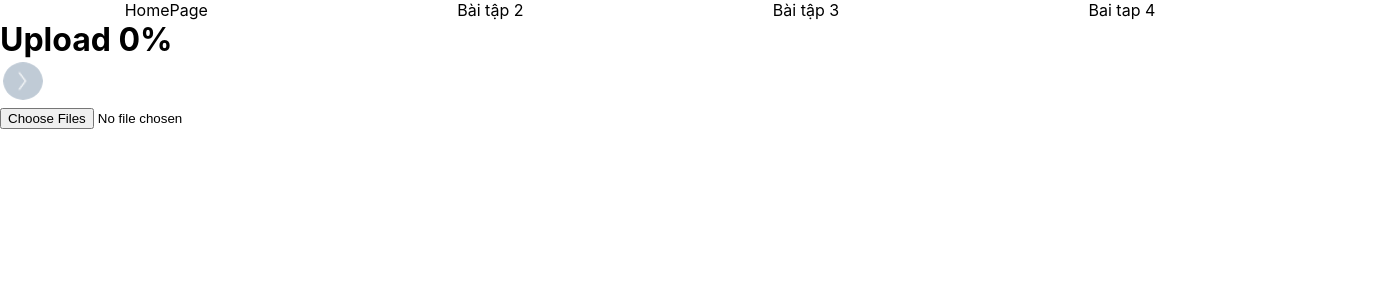
Repository: tungdau93/Training-ReactJS
Page: /bai-tap-3
The author's editor kept a copy of each file at every save. The page is drawn from the files as they stood at one save, then again after the next save.
The browser window is 1280 px wide. The page is 1379 px wide, so the pictures cover 1379 px, including what lies to the right of the window. The pictures show the whole page.
The project was rebuilt for these pictures with package versions that can differ from the ones it lists, and the page was loaded fresh each time. Also part of the build but not shown: src/App.css, src/hooks/useClickOutside.js, src/Assignments/BaiTap2.jsx, src/Components/IconFile.jsx, src/Components/FileUpload.jsx, src/Assignments/HomePage.jsx.

Above is the page before, as saved 2022-10-03 10:30:47.

### src/App.js
import { BrowserRouter, Route, Routes } from "react-router-dom";
import "./App.css";
import BaiTap2 from "./Assignments/BaiTap2";
import BaiTap3 from "./Assignments/BaiTap3";
import HomePage from "./Assignments/HomePage";
import Menu from "./Assignments/Menu";

function App() {
  return (
    <BrowserRouter>
      <Menu />
      <Routes>
        <Route path="/" element={<HomePage />} />
        <Route path="/bai-tap-2" element={<BaiTap2 />} />
        <Route path="/bai-tap-3" element={<BaiTap3 />} />
      </Routes>
    </BrowserRouter>
  );
}

export default App;

### src/Assignments/BaiTap3.jsx
import React from "react";
import "../style/_bai-tap-3.scss";
import { ref, uploadBytesResumable } from "@firebase/storage";
import { storage } from "../firebase";
import { useState, useRef } from "react";
import IconFile from "../Components/IconFile";
import FileUpload from "../Components/FileUpload";

const BaiTap3 = () => {
  const listUploadedRef = useRef();
  const fileUploadedRef = useRef();

  const [files, setFiles] = useState([]);
  const [progress, setProgress] = useState(0);
  const [isSizeValid, setIsSizeValid] = useState(true);
  const [isActive, setIsActive] = useState(true);
  const [isValidNumberOfFiles, setValidNumberOfFiles] = useState(false);

  const RemoveAddFile = [];

  const handleSlide = () => {
    const listUploadedOffsetWidth = listUploadedRef.current?.offsetWidth;
    const listUploadedClientWidth = listUploadedRef.current?.clientWidth;
    const fileUploadedWidth = fileUploadedRef.current?.offsetWidth;
    const removeSpace = listUploadedOffsetWidth - listUploadedClientWidth;
    console.log(removeSpace);

    if (listUploadedRef.current && fileUploadedRef.current) {
      listUploadedRef.current.scrollTo({
        left: fileUploadedWidth,
        behavior: "smooth",
      });
    }
  };
  const handleAddFiles = (event) => {
    setValidNumberOfFiles(false);
    const file = event.target.files[0];

    event.preventDefault();
    const fileArray = event.target.files;
    for (var j = 0; j < fileArray.length; j++) {
      if (fileArray[j].size > 10485760) {
        setIsSizeValid(false);
        setIsActive(false);
        return;
      }
    }
    setIsActive(true);
    setIsSizeValid(true);

    const newFiles = [...files];
    for (let k = 0; k < fileArray.length; k++) {
      newFiles.push(fileArray[k]);
    }
    setFiles(newFiles);
  };

  const uploadFiles = (file) => {
    if (!file) return;
    const storageRef = ref(storage, `/files/${file.name}`);
    const uploadTask = uploadBytesResumable(storageRef, file);
    uploadTask.on(
      "state_changed",
      (snapshot) => {
        const prog = Math.round(
          (snapshot.bytesTransferred / snapshot.totalBytes) * 100
        );
        setProgress(prog);
      },
      (err) => console.log(err)
    );
  };

  const handleUpload = (event) => {
    event.preventDefault();

    const newFilesUpload = [...files];
    if (files.length > 0 && files.length <= 4) {
      for (let i = 0; i < newFilesUpload.length; i++) {
        uploadFiles(newFilesUpload[i]);
        console.log(newFilesUpload[i]);
        setFiles(RemoveAddFile);
      }
    } else {
      setValidNumberOfFiles(true);
      setFiles(RemoveAddFile);
      setIsActive(false);
    }
  };

  const handleClose = (index) => {
    const fileSelected = files.filter((file) => file.index === index);
    // console.log(newFiles);
    const newFiles = [...files];
    newFiles.pop(fileSelected);
    setFiles([...newFiles]);
  };

  return (
    <>
      <h1>Upload {progress}%</h1>
      <img
        onClick={handleSlide}
        src={require("../assets/images/submit-icon.png")}
        alt=""
        className="slide-icon"
      />

      <div className="drag-drop-files">
        <div className="">
          <span></span>
          <span></span>
          <span></span>
        </div>
        <input
          id="name"
          type="file"
          className="input"
          onChange={handleAddFiles}
          multiple
        />
        {/* <form onSubmit={(event) => handleUpload(event)}>
          <label htmlFor="name" className="drag-and-drop-img">
            <img alt="" src={require("../assets/images/upload-icon.png")} />
          </label>
          <label htmlFor="name" className="drag-and-drop-heading">
            Drag and drop files
          </label>
          <label htmlFor="name" className="drag-and-drop-heading--sub-heading">
            Browse Files
          </label>
          <input
            id="name"
            type="file"
            className="input"
            onChange={handleAddFiles}
            multiple
          />
          <button type="submit" className="submit">
            Upload
          </button>
        </form> */}
      </div>

      {isSizeValid ? (
        <div ref={listUploadedRef} className="show-data--hidden">
          {files &&
            files.map((file, index) => {
              // console.log(file.type);
              return (
                <FileUpload
                  handleClose={() => handleClose(index)}
                  key={index}
                  ref={fileUploadedRef}
                  fileType={file.type}
                  fileName={file.name}
                  fileSize={file.size}
                />
              );
            })}
        </div>
      ) : (
        <span className="maximum-files-size">
          The maximum file size is 10MB
        </span>
      )}

      {isValidNumberOfFiles ? (
        <span className="maximum-files-length">
          Maximum length of files is 4
        </span>
      ) : null}
    </>
  );
};

export default BaiTap3;

### src/Assignments/Menu.jsx
  import React from "react";
import { useNavigate } from "react-router-dom";

const styleHomePage={
        display:'flex',
        justifyContent: 'center',
}

const styleUl = {
    display: 'flex',
    justifyContent: 'space-around',
    // ListStyle:"none"
}
const handleMouseOver =(e)=>{
    e.target.style.color = '#DC143C'
}
const handleMouseOut =(e)=>{
    e.target.style.color = '#000'
}

const Menu = () => {
  const navigate = useNavigate();

  const redirectPage = (url) => {
    navigate(url);
  };

  return (
    <div>
      <ul style={styleUl}>
        <li style={{listStyleType:'none'}} onMouseOver={handleMouseOver} onMouseOut={handleMouseOut} onClick={() => redirectPage("/")}>
          <div style={styleHomePage}>HomePage</div>
        </li>
        <li style={{listStyleType:'none'}}  onMouseOver={handleMouseOver} onMouseOut={handleMouseOut} onClick={() => redirectPage("/bai-tap-2")}>
          <div >Bài tập 2</div>
        </li>
        <li style={{listStyleType:'none'}} onMouseOver={handleMouseOver} onMouseOut={handleMouseOut} onClick={() => redirectPage("/bai-tap-3")}>
          <div >Bài tập 3</div>
        </li>
        <li style={{listStyleType:'none'}} onMouseOver={handleMouseOver} onMouseOut={handleMouseOut} onClick={() => redirectPage("/bai-tap-4")}>
          <div >Bai tap 4

          </div>
        </li>
      </ul>
    </div>
  );
};

export default Menu;

### src/style/_bai-tap-2.scss
*{
    padding: 0;
    margin:0;
}
.app {
    background-color:#1E1E1E;
    #title {
        top:-976px;
        left:-1124px;
        color:#a0a0a0;
        width: 2227px;
        height:1933px;
        &:hover{
            color:#99CCFF;
            opacity:.6;
    }
    }
    .app__container{
        width: 2227px; ;
        height: 1933px;
        background-color:#F8F8F8;
        position:relative;
        .app__container--heading{
            display: flex;
            flex-direction: row;
            align-items: center;
            padding: 50px 99px 50px 56px;
            gap: 10px;
            display:block;

            position: absolute;
            width: 2227px;
            height: 140px;
            left: 0px;
            top: 0px;
            background-color:#333333;
            .app__container--heading-name{
                display: flex;
                flex-direction: row;
                align-items: center;
                padding: 0px;
                gap: 30px;

                width: 323px;
                height: 56px;


                /* Inside auto layout */

                flex: none;
                order: 0;
                flex-grow: 0;
                .app__container--heading-name--japanese{
                    width: 144px;
                    height: 56px;

                    font-family: 'Roboto';
                    font-style: normal;
                    font-weight: 700;
                    font-size: 48px;
                    line-height: 56px;




                /* White */

                    color: #FFFFFF;


                /* Inside auto layout */

                    flex: none;
                    order: 0;
                    flex-grow: 0;

                }
                .app__container--heading-name--english{
                    width: 149px;
                height: 38px;

                font-family: 'Roboto';
                font-style: normal;
                font-weight: 400;
                font-size: 32px;
                line-height: 38px;
                /* identical to box height */


                /* White */

                color: #FFFFFF;


                /* Inside auto layout */

                flex: none;
                order: 1;
                flex-grow: 0;
                }
            }
        }
        .app__container--input-wrapper{
    position: relative;
    display: flex;
    flex-direction: column;
    align-items: flex-start;
    padding: 0px;

    position: absolute;
    width: 400px;
    height: 46px;
    left: 379px;
    top: 308px;
    .app__container--input-wrapper--input{
        box-sizing: border-box;

    /* Auto layout */


    display: flex;
    flex-direction: row;
    align-items: center;
    padding: 8px 10px;
    gap: 4px;

    width: 400px;
    height: 49px;

    background: rgba(230, 249, 255, 0.2);
    /* Black / 04 */

    border: 1px solid #DBDBDB;
    border-radius: 4px;

    /* Inside auto layout */

    flex: none;
    order: 0;
    align-self: stretch;
    flex-grow: 0;



            }

     .fa-thin{
    position: absolute;
            }
    .app__container--input-wrapper--dropdown-list{
display: flex;

display:none;
// flex-direction: column;
// align-items: flex-start;
position: absolute;
width: 400px;
height: 128px;
left: 0;
top: 49px;
// background-color: yellow;

filter: drop-shadow(0px 1px 8px rgba(102, 102, 102, 0.25));
border-radius: 4px;
        .app__container--input-wrapper--dropdown-list--item1{
            position: absolute;
            width: 100%;
            height: 49px;
            background: rgba(230, 249, 255, 0.2);
            border-radius: 4px;
            display:block

        }
        .app__container--input-wrapper--dropdown-list--item2{
            position: absolute;
            width: 100%;
            height: 49px;
            border-radius: 4px;
            background: rgba(230, 249, 255, 0.2);
            top: 49px;
            display:block


        }
        .app__container--input-wrapper--dropdown-list--item3{
            position: absolute;
            width: 100%;
            height: 49px;
            border-radius: 4px;
            background: rgba(230, 249, 255, 0.2);
            top:98px;
            display:block


        }

    }
}


    }
}

### src/style/_bai-tap-3.scss

  .slide-icon {
    top: 560px;
    left: 1398px;
    width: 40px;
    height: 38px;
    border-radius: 50%;
    border: solid #fff;
    &:hover {
      border: #107ce0 solid 3px;
    }
  }
  .drag-and-drop {
    display: flex;
    justify-content: center;
    width: 842px;
    height: 232px;
    left: 579px;
    // right: 79.24%;
    top: 249px;
    background: #f8f8f8;
    border: 1px solid #dcdcdc;
    border-radius: 7px;
    z-index: 1;
    .drag-and-drop-img {
      top: 45px;
      left: 381px;
      display: flex;
      position: absolute;
      min-width: 70px;
      min-height: 70px;

      justify-content: center;
      align-items: center;
    }
    .drag-and-drop-heading {
      top: 113px;
      left: 342px;
      display: flex;
      position: absolute;
      min-width: 100px;
      align-items: center;
      justify-content: center;
      font-family: "Noto Sans";
      font-style: normal;
      font-weight: 700;
      font-size: 18px;
      line-height: 22px;
      color: #333333;
    }
    .drag-and-drop-heading--sub-heading {
      top: 137px;
      left: 373px;
      position: absolute;
      min-width: 50px;
      align-items: center;
      justify-content: center;
      font-family: "Noto Sans";
      font-style: normal;
      font-size: 18px;
      line-height: 22px;
      color: #333333;
      text-decoration: underline;
    }
    &:hover {
      border: 1px solid #107ce0;
    }
    .input {
      width: 842px;
      height: 232px;
      position: absolute;
      // right: 79.24%;
      background: #f8f8f8;
      // border: 1px solid #dcdcdc;
      border-radius: 7px;
      z-index: -1;
      color: transparent;

      &::-webkit-file-upload-button {
        display: none;
      }
    }
    .submit {
      position: absolute;
      top: 360px;
      left: 359px;
      width: 113px;
      height: 43px;
      border-radius: 3px;
      z-index: -1;
      border: none;
      &:hover {
        border: 1px solid #107ce0;
      }
    }
    .submit-img {
      position: absolute;
      top: 261px;
      left: 825px;
      width: 32px;
      height: 32px;
      border-radius: 50%;
      z-index: 1;
    }
    .drag-and-drop--upload-icon {
      position: absolute;
      height: 18.67px;
      width: 26.67px;
      top: 64px;
      left: 397.67px;
      right: 417.67px;
      z-index: 1;
    }

  }

  .drag-and-drop--alert {
    width: 842px;
    height: 232px;
    position: relative;
    left: 579px;
    // right: 79.24%;
    top: 249px;
    background: #f8f8f8;
    border: 1px solid  #ED5D5D;
    border-radius: 7px;
    z-index: 1;
    .drag-and-drop-img {
      top: 45px;
      left: 381px;
      display: flex;
      position: absolute;
      min-width: 70px;
      min-height: 70px;

      justify-content: center;
      align-items: center;
    }
    .drag-and-drop-heading {
      top: 113px;
      left: 342px;
      display: flex;
      position: absolute;
      min-width: 100px;
      align-items: center;
      justify-content: center;
      font-family: "Noto Sans";
      font-style: normal;
      font-weight: 700;
      font-size: 18px;
      line-height: 22px;
      color: #333333;
    }
    .drag-and-drop-heading--sub-heading {
      top: 137px;
      left: 373px;
      position: absolute;
      min-width: 50px;
      align-items: center;
      justify-content: center;
      font-family: "Noto Sans";
      font-style: normal;
      font-size: 18px;
      line-height: 22px;
      color: #333333;
      text-decoration: underline;
    }
    &:hover {
      border: 1px solid #107ce0;
    }
    .input {
      width: 842px;
      height: 232px;
      position: absolute;
      // right: 79.24%;
      background: #f8f8f8;
      // border: 1px solid #dcdcdc;
      border-radius: 7px;
      z-index: -1;
      color: transparent;

      &::-webkit-file-upload-button {
        display: none;
      }
    }
    .submit {
      position: absolute;
      top: 360px;
      left: 359px;
      width: 113px;
      height: 43px;
      border-radius: 3px;
      z-index: -1;
      border: none;
      &:hover {
        border: 1px solid #107ce0;
      }
    }
    .submit-img {
      position: absolute;
      top: 261px;
      left: 825px;
      width: 32px;
      height: 32px;
      border-radius: 50%;
      z-index: 1;
    }
    .drag-and-drop--upload-icon {
      position: absolute;
      height: 18.67px;
      width: 26.67px;
      top: 64px;
      left: 397.67px;
      right: 417.67px;
      z-index: 1;
    }


  }

  .invalid {
    position: absolute;
    top: 93px;
    left: 32px;
    width: 24px;
    height: 32px;
    background-color: rgba(255, 0, 0, 0.5);
    border: solid 0.5px rgb(153, 167, 181);
    border-radius: 3px;
  }

.maximum-files-length{
    color: #ED5D5D;
    top: 169px;
    position: relative;
    left: 581px;
}

.maximum-files-size{
  color: #ED5D5D;
  top: 278px;
  position: relative;
  left: 581px;
}

### src/firebase.js
import { initializeApp } from "firebase/app";
import { getStorage } from "firebase/storage";

const firebaseConfig = {
    apiKey: "AIzaSyBDyCwxOmrur5hog0XVVwqIkyzdGhH8h4w",
    authDomain: "fir-upload-d710f.firebaseapp.com",
    projectId: "fir-upload-d710f",
    storageBucket: "fir-upload-d710f.appspot.com",
    messagingSenderId: "230877422747",
    appId: "1:230877422747:web:8e36d237d55b89ca5f923e",
    measurementId: "G-Q111WB6C29"
  };

  export const app = initializeApp(firebaseConfig);
  export const storage = getStorage(app);

### src/style/_file-upload.scss
.show-data--hidden {
  position: relative;
    overflow:auto;
    left: 570px;
    top: 260px;
    width: 809px;
    height: 97px;
    display: flex;
    white-space:  nowrap;


    .alert{
      color: #ED5D5D;
      top:17px;
      position: absolute;
    }

    .show-data--item{
      background: #FFFFFF;
      top:0px;
      left: 45px;
      border: 1px solid #dcdcdc;
      display: flex;
      justify-content: space-between;
      align-items: center;
      min-width: 244px;
      height: 48px;
      border-radius: 3px;
      margin: 12px;

      &:hover {
        border: 1px solid #107ce0;
        border-radius: 3px;
      }
      .show-data__item--icon {
        width: 30px;
        height: 32px;
        margin: 8px 12px;
      }
      .show-data__item--icon--invalid {
        width: 30px;
        height: 32px;
        margin: 8px 12px;
        border: #072e2a solid 1px;
        border-radius: 3px;
        background-color: red;
      }
      .show-data__item--name {
        position: absolute;
        font-family: "Noto Sans";
        font-style: normal;
        margin-left: 48px;
        width:125px;
        .show-data__item--name--heading {
          min-width: 100px;
          height: 16px;
          font-weight: 700;
          font-size: 16px;
          line-height: 16px;
          margin-top: 23px;
        }
        .show-data__item--name--size {
          width: 85px;
          height: 16px;
          color: #666666;
          font-weight: 400;
          font-size: 16px;
          line-height: 14px;
          margin-bottom: 12px;
        }
      }
      .show-data__item--close-button {
        height: 18.67px;
        width: 16.67px;
        margin-right:5px;

      }
    }
  }

Loaded but not shown: public/index.html (common file); src/index.js (common file); src/index.css (common file); src/reportWebVitals.js (common file)

After the next save:
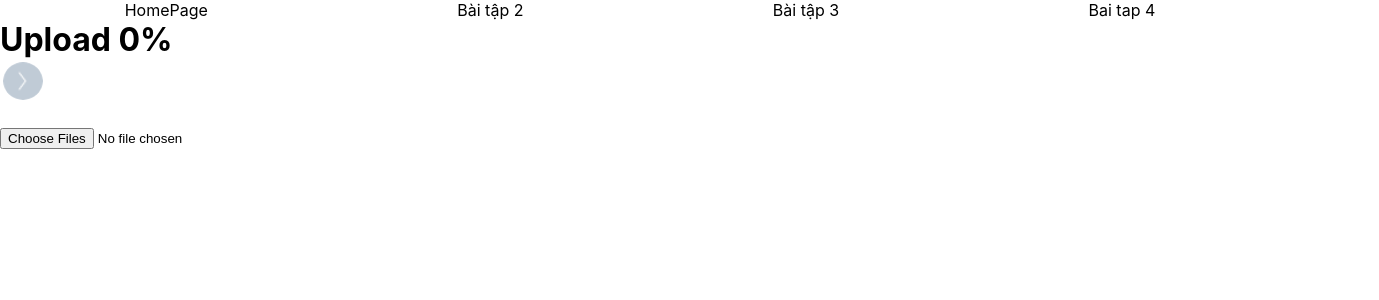
Saved 5 s later.
--- a/src/Assignments/BaiTap3.jsx
+++ b/src/Assignments/BaiTap3.jsx
@@ -108,7 +108,7 @@ const BaiTap3 = () => {
 
       <div className="drag-drop-files">
         <div className="">
-          <span></span>
+          <img src="" alt="" />
           <span></span>
           <span></span>
         </div>
